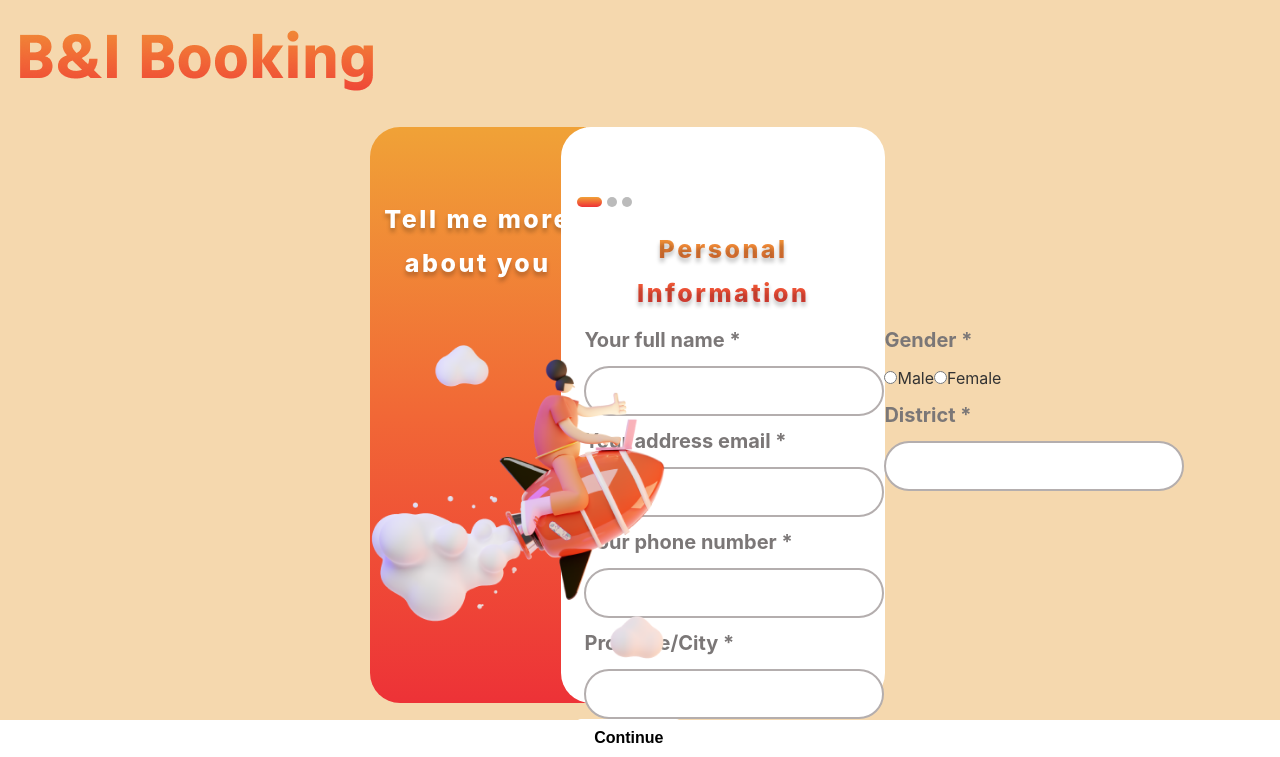
Repository: Grand-Line-PNV/FE-BIBooking
Page: /
An editor plug-in stored every save of this project. The page is shown before and after the next save, followed by the edit.
The browser window is 1280 px wide. The pictures show the whole page.
The project was rebuilt for these pictures with package versions that can differ from the ones it lists, and the page was loaded fresh each time. Also part of the build but not shown: src/App.css.

Above is the page before, as saved 2023-02-06 10:52:20.

After the next save:
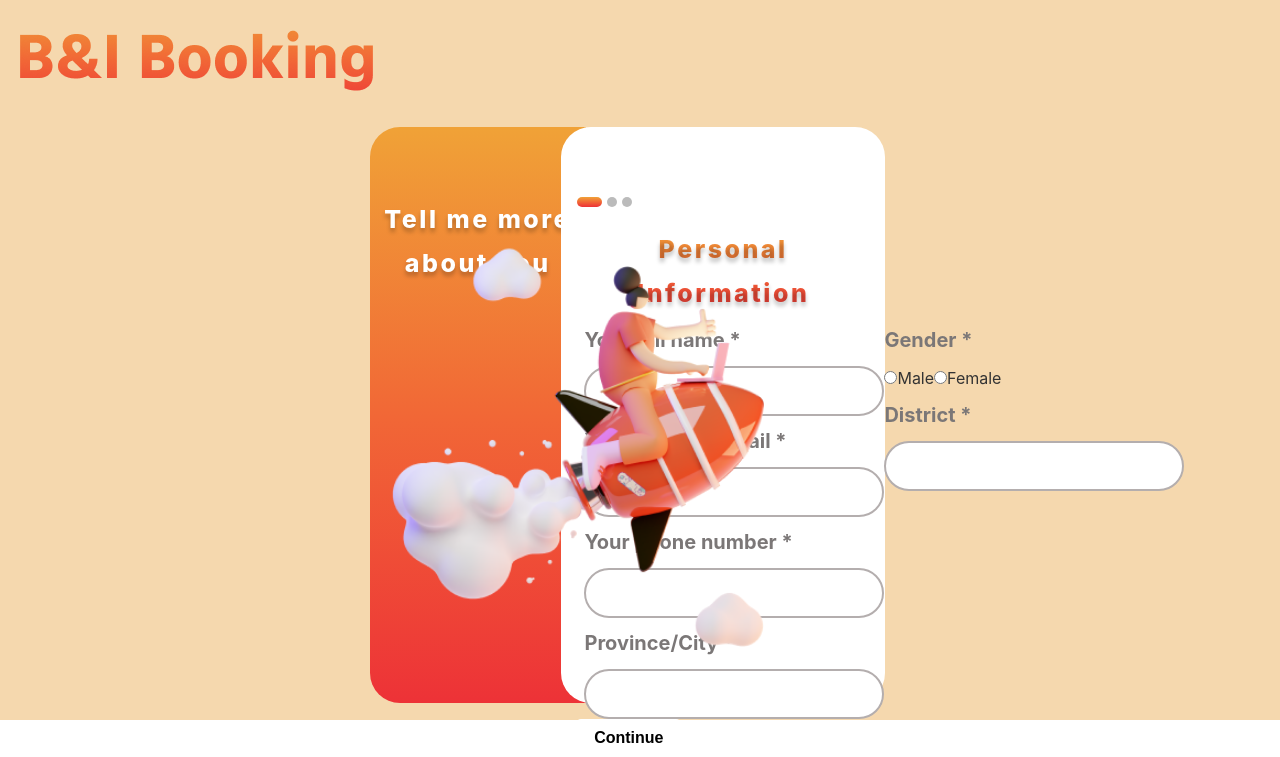
Saved 4 s later.
--- a/src/view/pages/Influencers/PersonalInformation/PersonalInformation.module.scss
+++ b/src/view/pages/Influencers/PersonalInformation/PersonalInformation.module.scss
@@ -44,7 +44,7 @@
           text-shadow: 0px 4px 4px rgba(0, 0, 0, 0.25);
         }
         & .saly1-img {
-          width: 37rem;
+          width: 47rem;
           object-fit: cover;
           position: absolute;
           z-index: 1;
